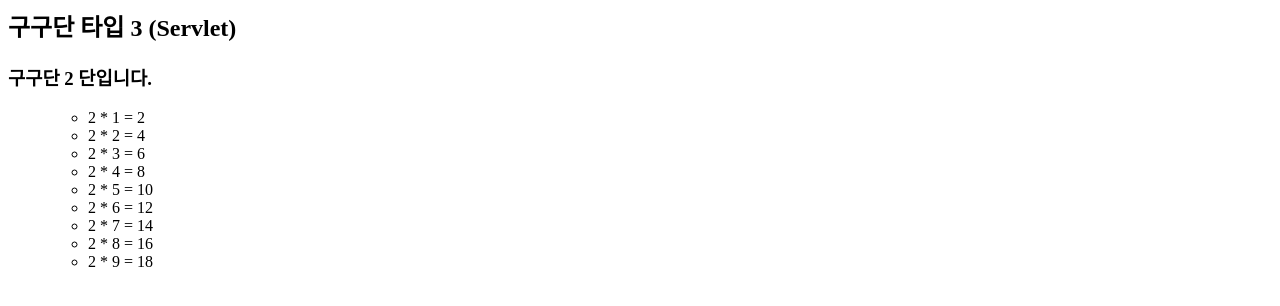
Repository: Byeonghee-son/DB-Servlet
Page: http://localhost/ServletStudy/gugudan
The author's editor kept a copy of each file at every save. The page is drawn from the files as they stood at one save, then again after the next save.
The browser window is 1280 px wide. The pictures show the whole page.
The page is served by Tomcat 9. Other server files are loaded and not shown.

Above is the page before, as saved 2023-05-11 06:30:01.

### ServletStudy/src/main/java/edu/pnu/servlet/gugudan.java
package edu.pnu.servlet;

import java.io.IOException;
import java.io.PrintWriter;

import javax.servlet.ServletException;
import javax.servlet.annotation.WebServlet;
import javax.servlet.http.HttpServlet;
import javax.servlet.http.HttpServletRequest;
import javax.servlet.http.HttpServletResponse;

@WebServlet("/gugudan")
public class gugudan extends HttpServlet {
	private static final long serialVersionUID = 1L;

	@Override
	protected void doGet(HttpServletRequest req, HttpServletResponse resp) throws ServletException, IOException {
		// TODO Auto-generated method stub
		String type = req.getParameter("type");
		String snum = req.getParameter("num");
		int num = 2;
		if(snum != null) num = Integer.parseInt(snum);
		resp.setContentType("text/html; charset=utf-8");
		try(PrintWriter out = resp.getWriter();){

			out.println("<h2>구구단 타입 3 (Servlet)</h2>");
			out.println("<h3>구구단 " + num + " 단입니다.</h3>");
			out.println("<ul>");
			if ("ul".equals(type)) { // 목록 형식으로 출력
	            out.println("<ul>");
	            for (int i = 1; i <= 9; i++) {
	                out.println("<li>" + num + " * " + i + " = " + num * i + "</li>");
	            }
	            out.println("</ul>");
	        } else if ("table".equals(type)) { // 표 형식으로 출력
	            out.println("<table>");
	            for (int i = 1; i <= 9; i++) {
	                out.println("<tr><td>" + num + " * " + i + "</td><td>=</td><td>" + num * i + "</td></tr>");
	            }
	            out.println("</table>");
	        } else { // 기본 형식
	            out.println("<ul>");
	            for (int i = 1; i <= 9; i++) {
	                out.println("<li>" + num + " * " + i + " = " + num * i + "</li>");
	            }
	            out.println("</ul>");
	        }
		}catch(IOException e) {
			e.printStackTrace();
		}




	}
}

After the next save:
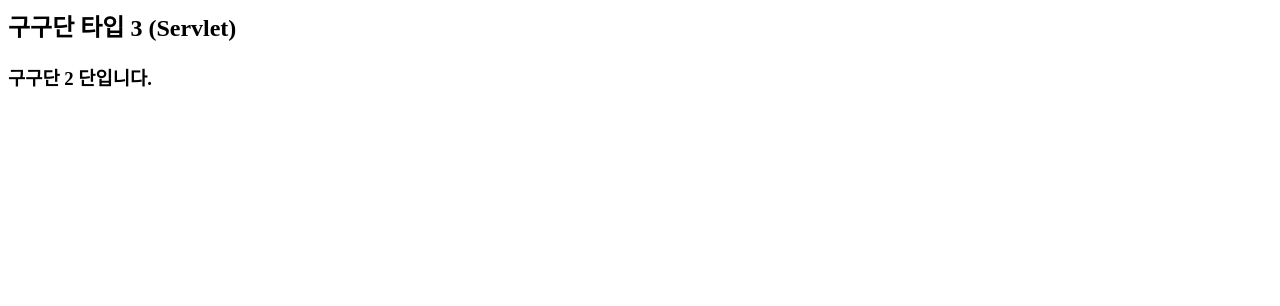
Saved 78 s later.
--- a/ServletStudy/src/main/java/edu/pnu/servlet/gugudan.java
+++ b/ServletStudy/src/main/java/edu/pnu/servlet/gugudan.java
@@ -26,24 +26,19 @@
 			out.println("<h2>구구단 타입 3 (Servlet)</h2>");
 			out.println("<h3>구구단 " + num + " 단입니다.</h3>");
 			out.println("<ul>");
-			if ("ul".equals(type)) { // 목록 형식으로 출력
+			if ("ul".equals(type)) {
 	            out.println("<ul>");
 	            for (int i = 1; i <= 9; i++) {
 	                out.println("<li>" + num + " * " + i + " = " + num * i + "</li>");
 	            }
 	            out.println("</ul>");
-	        } else if ("table".equals(type)) { // 표 형식으로 출력
+	        } else if ("table".equals(type)) {
 	            out.println("<table>");
 	            for (int i = 1; i <= 9; i++) {
 	                out.println("<tr><td>" + num + " * " + i + "</td><td>=</td><td>" + num * i + "</td></tr>");
 	            }
 	            out.println("</table>");
-	        } else { // 기본 형식
-	            out.println("<ul>");
-	            for (int i = 1; i <= 9; i++) {
-	                out.println("<li>" + num + " * " + i + " = " + num * i + "</li>");
-	            }
-	            out.println("</ul>");
+
 	        }
 		}catch(IOException e) {
 			e.printStackTrace();

After the 2 saves that followed:
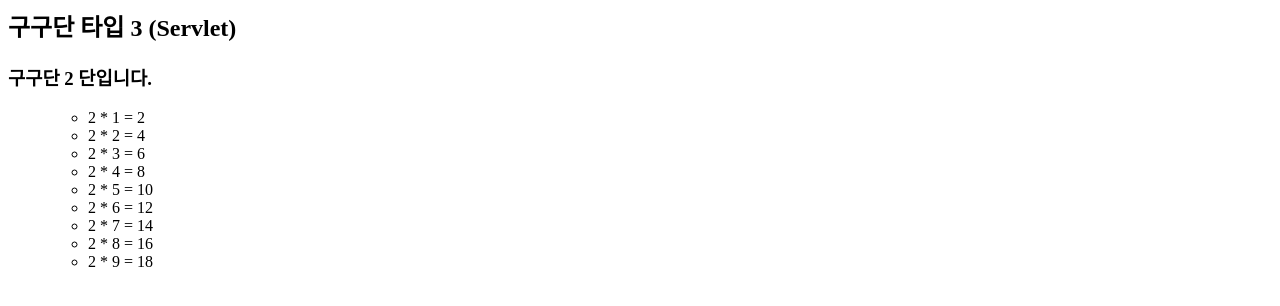
The 2 saves are shown as one change because 1 left the picture as it was.
The last was saved 6 min 55 s later.
--- a/ServletStudy/src/main/java/edu/pnu/servlet/gugudan.java
+++ b/ServletStudy/src/main/java/edu/pnu/servlet/gugudan.java
@@ -18,6 +18,7 @@
 		// TODO Auto-generated method stub
 		String type = req.getParameter("type");
 		String snum = req.getParameter("num");
+
 		int num = 2;
 		if(snum != null) num = Integer.parseInt(snum);
 		resp.setContentType("text/html; charset=utf-8");
@@ -39,6 +40,12 @@
 	            }
 	            out.println("</table>");
 
+	        }else {
+	            out.println("<ul>");
+	            for (int i = 1; i <= 9; i++) {
+	                out.println("<li>" + num + " * " + i + " = " + num * i + "</li>");
+	            }
+	            out.println("</ul>");
 	        }
 		}catch(IOException e) {
 			e.printStackTrace();
